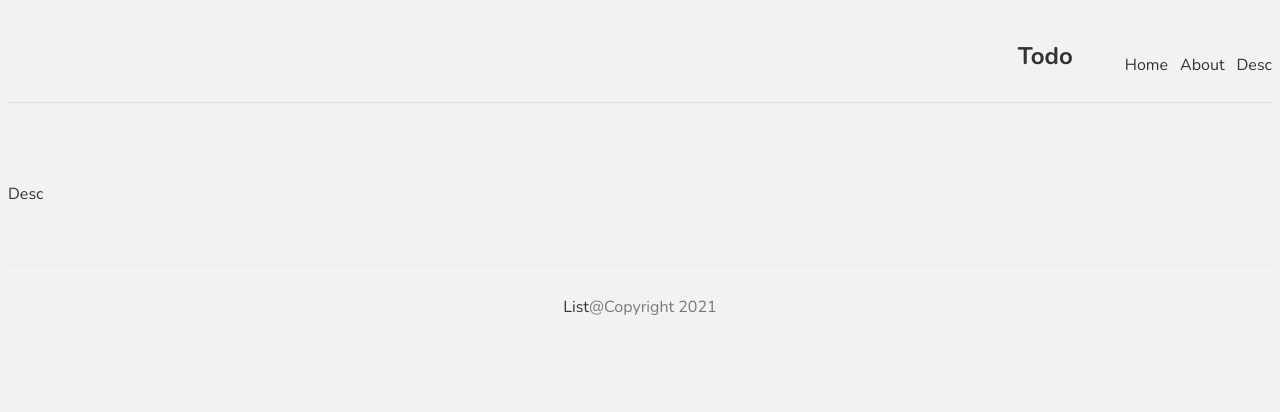
Repository: AmulyaReddy99/todolist-nextjs
Page: /desc/desc
An editor plug-in stored every save of this project. The page is shown before and after the next save, followed by the edit.
The browser window is 1280 px wide. The pictures show the whole page.
The project was rebuilt for these pictures with package versions that can differ from the ones it lists, and the page was loaded fresh each time. The framework's server and built-in components were replaced by stand-ins that run in the browser. Also part of the build but not shown: next.config.js.

Above is the page before, as saved 2021-07-26 12:00:42.

After the next save:
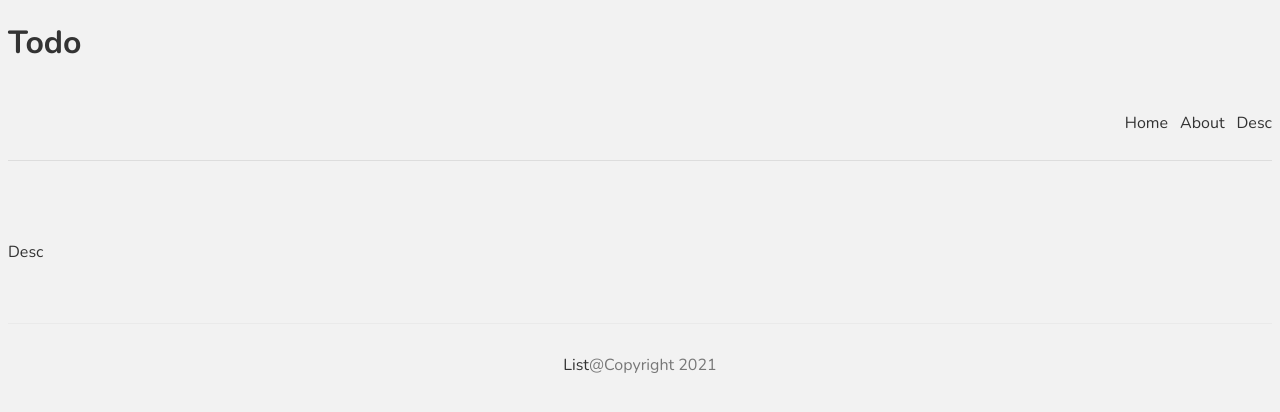
Saved 17 s later.
--- a/comps/header.js
+++ b/comps/header.js
@@ -3,10 +3,10 @@ import Link from 'next/link'
 const Header = () => {
     return (
         <div>
+            <div>
+                <h1>Todo</h1>
+            </div>
             <nav>
-                <div>
-                    <h1>Todo</h1>
-                </div>
                 <ul>
                     <Link href="/">Home</Link>
                     <Link href="/about">About</Link>
